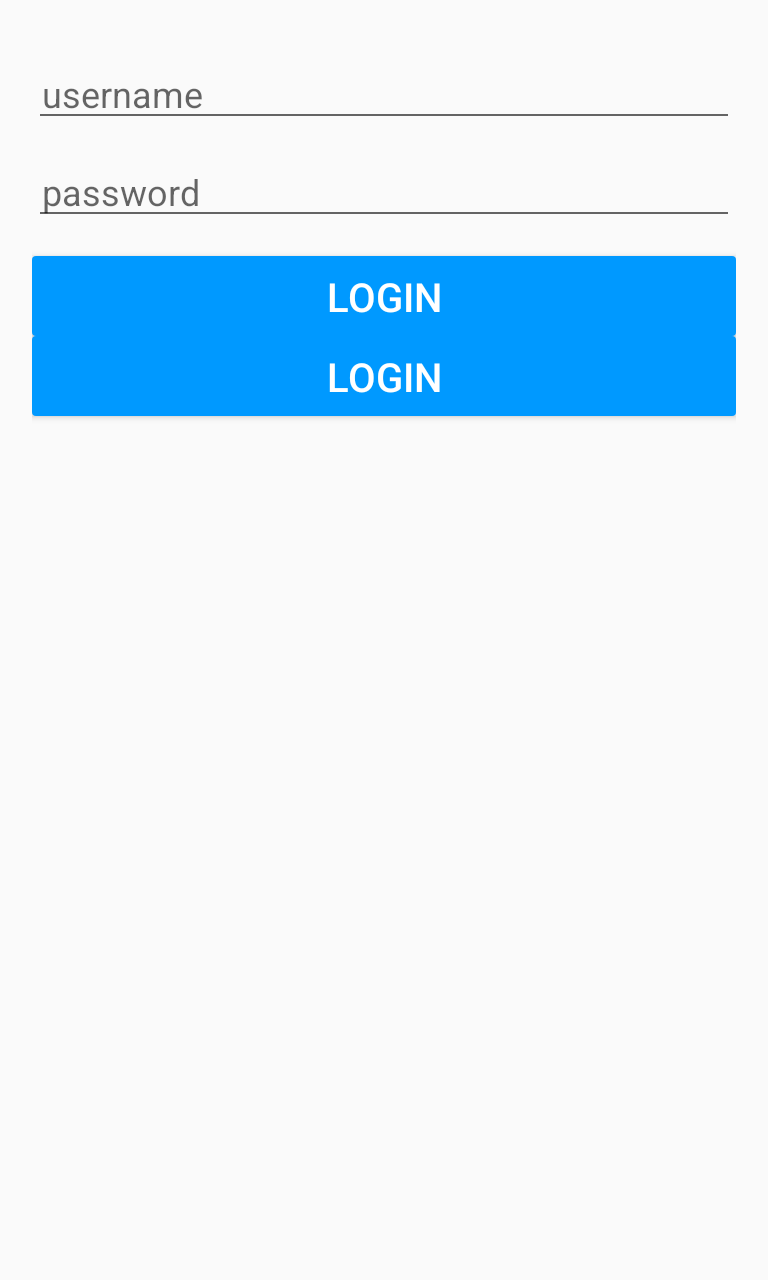
Repository: israelhill/Noteworthy
Layout: Noteworthy/res/layout/fragment_main.xml
An editor plug-in stored every save of this project. The layout is shown before and after the next save, followed by the edit.
It is drawn on a 768 x 1280 px phone screen (xhdpi) without system bars, with theme AppTheme; the app's code is not run.

Above is the layout before, as saved 2014-09-06 10:32:55.

After the next save:
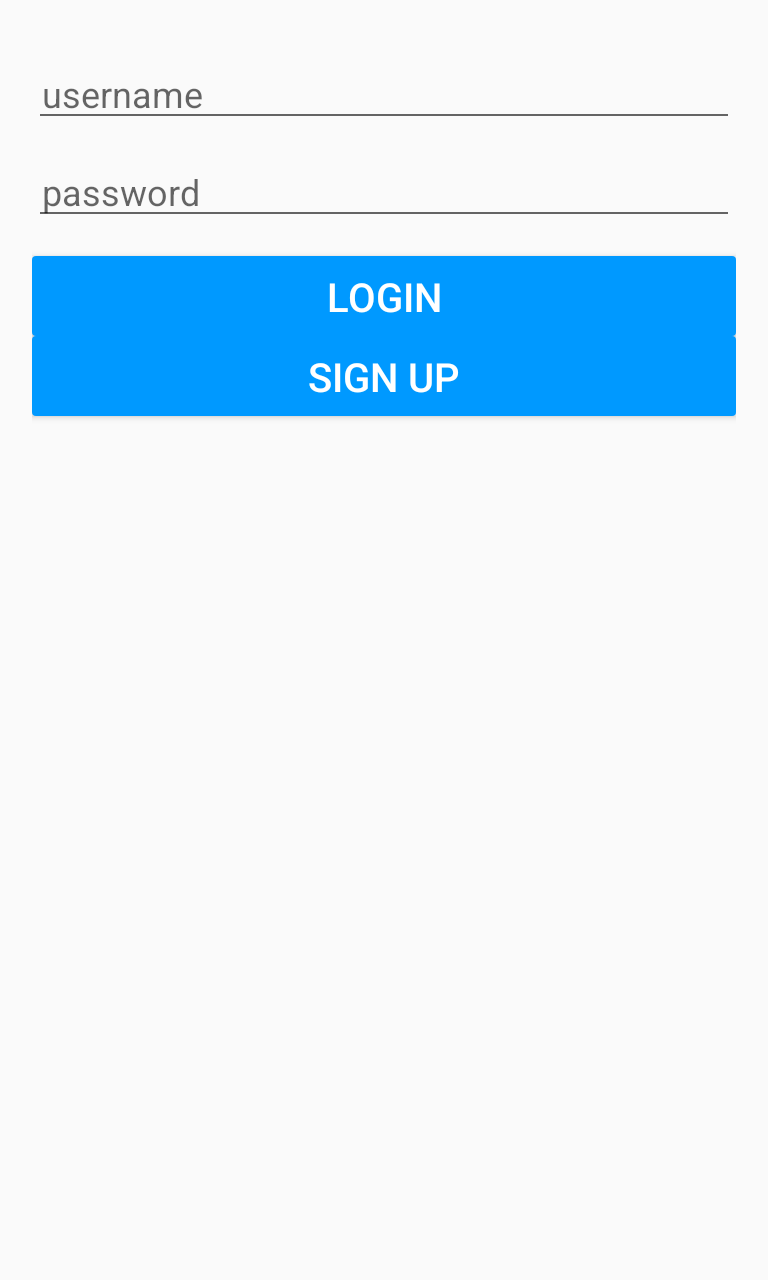
Saved 9 s later.
--- a/Noteworthy/res/layout/fragment_main.xml
+++ b/Noteworthy/res/layout/fragment_main.xml
@@ -41,7 +41,7 @@
     android:layout_width="match_parent"
     android:layout_height="40dp"
     android:background="@drawable/login_button"
-    android:text="@string/login"
+    android:text="@string/signup"
     android:textSize="20sp"
     android:textColor="@color/white"
     android:layout_gravity="center"/>
